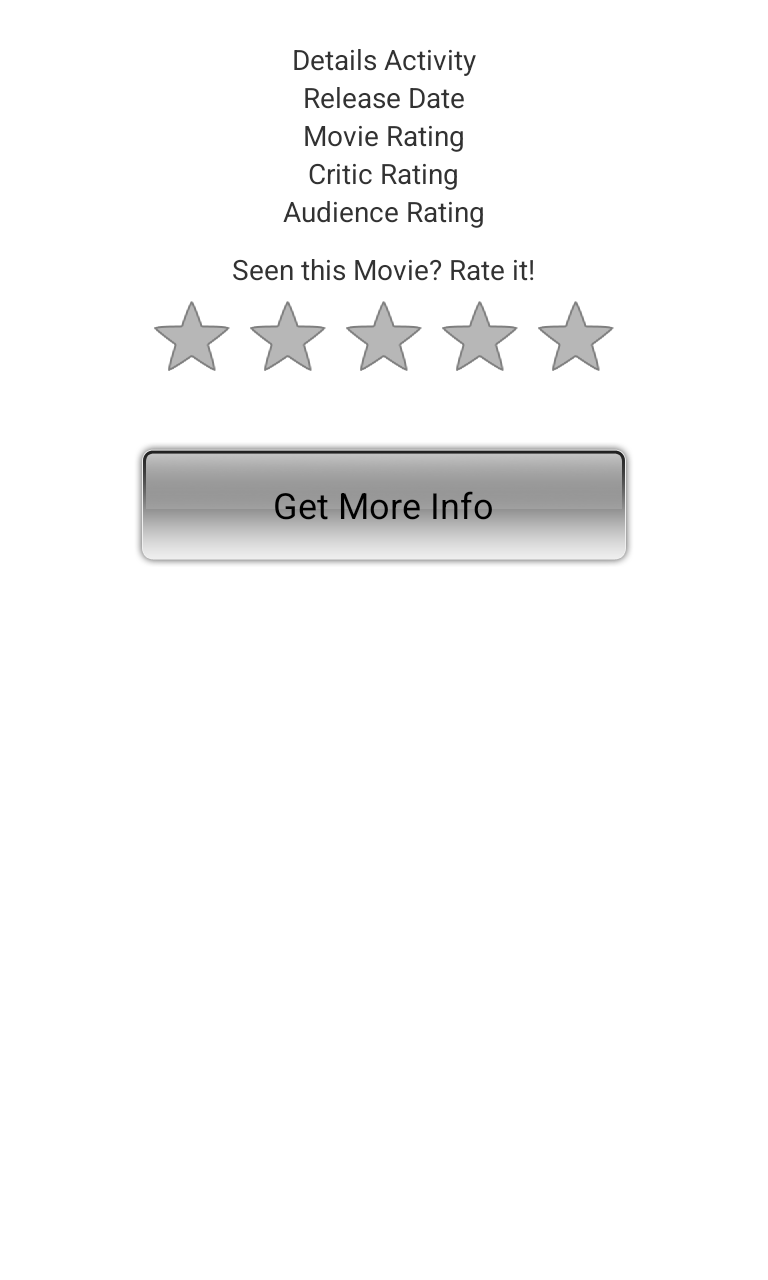
Repository: efreestone/Java2_Freestone
Layout: Java2Project2/res/layout/activity_details.xml
An editor plug-in stored every save of this project. The layout is shown before and after the next save, followed by the edit.
It is drawn on a 768 x 1280 px phone screen (xhdpi) without system bars, with theme AppTheme; the app's code is not run.

Above is the layout before, as saved 2014-05-15 21:18:19.

### Java2Project2/res/layout/activity_details.xml
<?xml version="1.0" encoding="utf-8"?>
<LinearLayout xmlns:android="http://schemas.android.com/apk/res/android"
    android:layout_width="match_parent"
    android:layout_height="match_parent"
    android:orientation="vertical"
    android:gravity="center_horizontal"
    android:paddingTop="20dp">

    <TextView
        android:id="@+id/titleTextView"
        android:layout_width="wrap_content"
        android:layout_height="wrap_content"
        android:text="Details Activity" />

    <TextView
        android:id="@+id/releaseTextView"
        android:layout_width="wrap_content"
        android:layout_height="wrap_content"
        android:text="Release Date" />

    <TextView
        android:id="@+id/movieRatingTextView"
        android:layout_width="wrap_content"
        android:layout_height="wrap_content"
        android:text="Movie Rating" />

    <TextView
        android:id="@+id/criticRatingTextView"
        android:layout_width="wrap_content"
        android:layout_height="wrap_content"
        android:text="Critic Rating" />

    <TextView
        android:id="@+id/audienceRatingTextView"
        android:layout_width="wrap_content"
        android:layout_height="wrap_content"
        android:text="Audience Rating" />

    <TextView
        android:id="@+id/ratingsBarTitle"
        android:layout_width="wrap_content"
        android:layout_height="wrap_content"
        android:paddingTop="10dp"
        android:text="@string/ratingBarTitleString" />

    <RatingBar
        android:id="@+id/movieRatingBar"
        android:layout_width="wrap_content"
        android:layout_height="wrap_content"
        android:paddingBottom="15dp" />

    <Button
        android:id="@+id/moreInfoButton"
        android:layout_width="wrap_content"
        android:layout_height="wrap_content"
        android:layout_gravity="center"
        android:layout_margin="5dp"
        android:background="@drawable/button_background"
        android:clickable="true"
        android:text="@string/moreInfoButtonString"
        android:width="250dp" />

</LinearLayout>

### Java2Project2/res/values/strings.xml
<?xml version="1.0" encoding="utf-8"?>
<resources>

    <string name="app_name">What 2 Watch</string>
    <string name="detail_name">Details Activity</string>
    <string name="action_settings">Settings</string>
    <string name="titleString">DVD New Releases</string>

    <string name="buttonString">Get New Releases</string>
    <string name="moreInfoButtonString">Get More Info</string>

    <string name="ratingBarTitleString">Seen this Movie? Rate it!</string>

    <!-- Connection Alert strings -->
    <string name="noConnectionTitle">Connection Error</string>
    <string name="noConnectionAlert">This application requires internet access. Please check your network connection and try again.</string>

    <string name="noFileTitle">File does not exist</string>
    <string name="noFileAlert">The file does not exist on your device so it was requested from the API. Select Get New Releases to update the ListView</string>

</resources>

### Java2Project2/res/drawable-hdpi/button_background.xml
<?xml version="1.0" encoding="utf-8"?>
<selector xmlns:android="http://schemas.android.com/apk/res/android" >
    <!-- Button Image when pressed -->
    <item
        android:drawable="@drawable/gradient_pressed_9patch"
        android:state_pressed="true"/>

    <!-- Button Image -->
    <item
        android:drawable="@drawable/gradient_9patch"/>



</selector>

### Java2Project2/res/drawable-ldpi/button_background.xml
<?xml version="1.0" encoding="utf-8"?>
<selector xmlns:android="http://schemas.android.com/apk/res/android" >
    <!-- Button Image when pressed -->
    <item
        android:drawable="@drawable/gradient_pressed_9patch"
        android:state_pressed="true"/>

    <!-- Button Image -->
    <item
        android:drawable="@drawable/gradient_9patch"/>



</selector>

### Java2Project2/res/drawable-mdpi/button_background.xml
<?xml version="1.0" encoding="utf-8"?>
<selector xmlns:android="http://schemas.android.com/apk/res/android" >
    <!-- Button Image when pressed -->
    <item
        android:drawable="@drawable/gradient_pressed_9patch"
        android:state_pressed="true"/>

    <!-- Button Image -->
    <item
        android:drawable="@drawable/gradient_9patch"/>



</selector>

### Java2Project2/res/drawable-xhdpi/button_background.xml
<?xml version="1.0" encoding="utf-8"?>
<selector xmlns:android="http://schemas.android.com/apk/res/android" >
    <!-- Button Image when pressed -->
    <item
        android:drawable="@drawable/gradient_pressed_9patch"
        android:state_pressed="true"/>

    <!-- Button Image -->
    <item
        android:drawable="@drawable/gradient_9patch"/>



</selector>

### Java2Project2/res/drawable-xxhdpi/button_background.xml
<?xml version="1.0" encoding="utf-8"?>
<selector xmlns:android="http://schemas.android.com/apk/res/android" >
    <!-- Button Image when pressed -->
    <item
        android:drawable="@drawable/gradient_pressed_9patch"
        android:state_pressed="true"/>

    <!-- Button Image -->
    <item
        android:drawable="@drawable/gradient_9patch"/>



</selector>

Loaded but not shown: Java2Project2/res/values/styles.xml (common file); Java2Project2/res/values-v11/styles.xml (common file); Java2Project2/res/values-v14/styles.xml (common file)

After the next save:
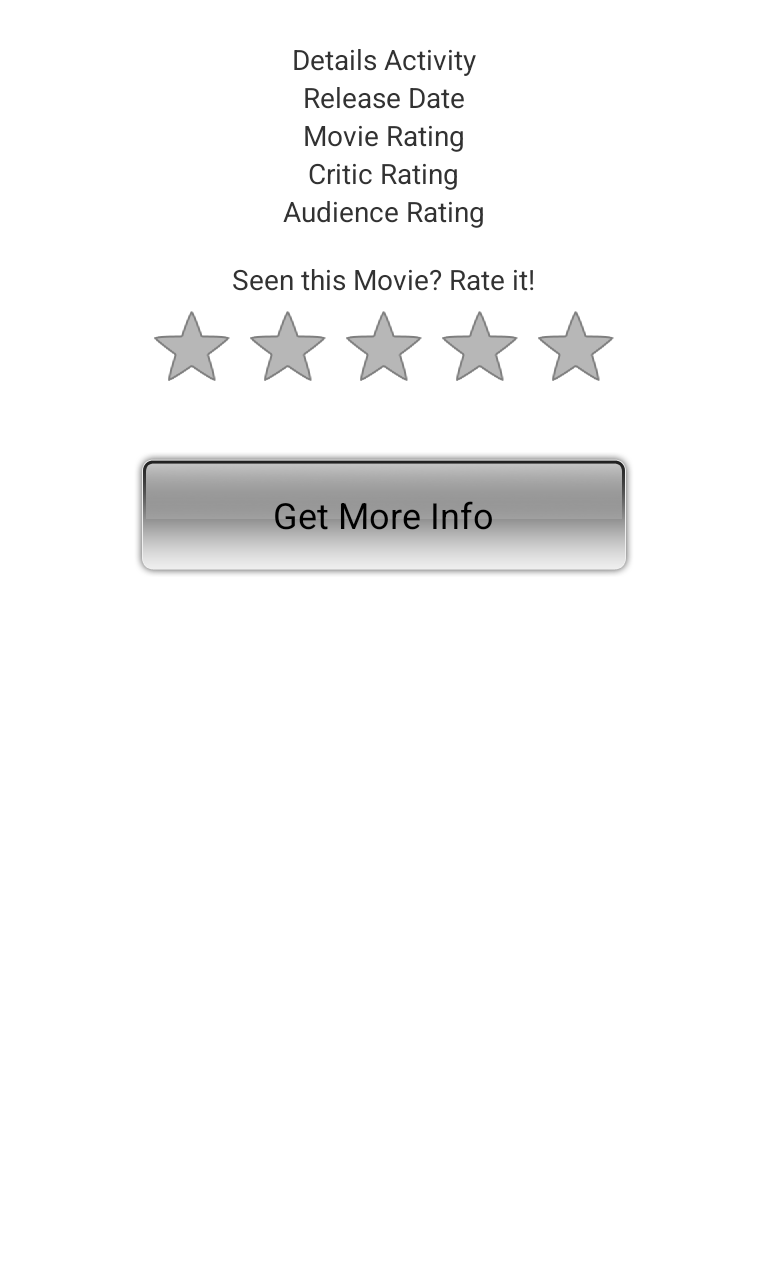
Saved 58 s later.
--- a/Java2Project2/res/layout/activity_details.xml
+++ b/Java2Project2/res/layout/activity_details.xml
@@ -40,7 +40,7 @@
         android:id="@+id/ratingsBarTitle"
         android:layout_width="wrap_content"
         android:layout_height="wrap_content"
-        android:paddingTop="10dp"
+        android:paddingTop="15dp"
         android:text="@string/ratingBarTitleString" />
 
     <RatingBar
